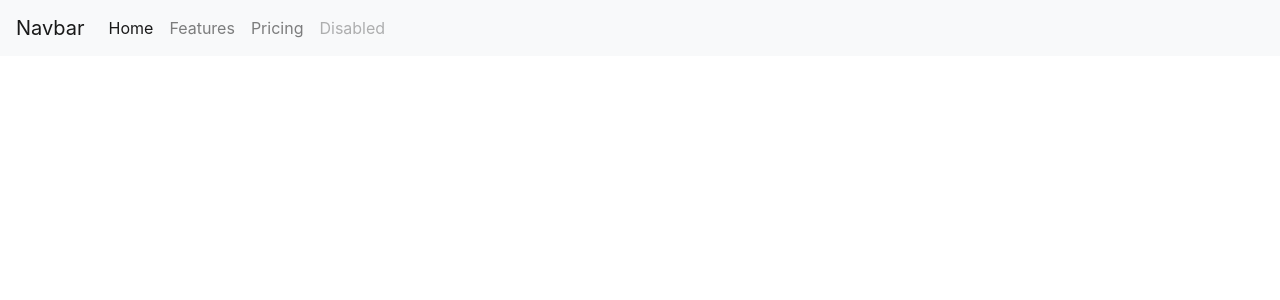
Repository: vipulx44/Prayas-Seva
Page: http://localhost/
An editor plug-in stored every save of this project. The page is shown before and after the next save, followed by the edit.
The browser window is 1280 px wide. The pictures show the whole page.
Some web libraries are served in a nearby version. The page is run by PHP 8.4 with error messages shown; the project is at /var/www/html/.

Above is the page before, as saved 2017-09-23 14:21:42.

### Prayasfirst/index.php
<!DOCTYPE HTML>
<html>
	<head>
		<title>Prayas Seva Sanstha</title>
		<meta charset="utf-8">
    	<meta name="viewport" content="width=device-width, initial-scale=1, shrink-to-fit=no">

    	<!-- FONT AWESOME-->
    	<script src="https://use.fontawesome.com/3ce65aca62.js"></script>

    	<!-- BOOTSTRAP -->
    	<link rel="stylesheet" href="https://maxcdn.bootstrapcdn.com/bootstrap/4.0.0-beta/css/bootstrap.min.css" integrity="sha384-/Y6pD6FV/Vv2HJnA6t+vslU6fwYXjCFtcEpHbNJ0lyAFsXTsjBbfaDjzALeQsN6M" crossorigin="anonymous">

  		<!-- Plugins -->
  		<script src="https://code.jquery.com/jquery-3.2.1.slim.min.js" integrity="sha384-KJ3o2DKtIkvYIK3UENzmM7KCkRr/rE9/Qpg6aAZGJwFDMVNA/GpGFF93hXpG5KkN" crossorigin="anonymous"></script>
		<script src="https://cdnjs.cloudflare.com/ajax/libs/popper.js/1.11.0/umd/popper.min.js" integrity="sha384-b/U6ypiBEHpOf/4+1nzFpr53nxSS+GLCkfwBdFNTxtclqqenISfwAzpKaMNFNmj4" crossorigin="anonymous"></script>
		<script src="https://maxcdn.bootstrapcdn.com/bootstrap/4.0.0-beta/js/bootstrap.min.js" integrity="sha384-h0AbiXch4ZDo7tp9hKZ4TsHbi047NrKGLO3SEJAg45jXxnGIfYzk4Si90RDIqNm1" crossorigin="anonymous"></script>


  	</head>

	<body>


			<nav class="navbar navbar-expand-lg navbar-light bg-light">
			  <a class="navbar-brand" href="#">Navbar</a>
			  <button class="navbar-toggler" type="button" data-toggle="collapse" data-target="#navbarNav" aria-controls="navbarNav" aria-expanded="false" aria-label="Toggle navigation">
			    <span class="navbar-toggler-icon"></span>
			  </button>
			  <div class="collapse navbar-collapse" id="navbarNav">
			    <ul class="navbar-nav">
			      <li class="nav-item active">
			        <a class="nav-link" href="#">Home <span class="sr-only">(current)</span></a>
			      </li>
			      <li class="nav-item">
			        <a class="nav-link" href="#">Features</a>
			      </li>
			      <li class="nav-item">
			        <a class="nav-link" href="#">Pricing</a>
			      </li>
			      <li class="nav-item">
			        <a class="nav-link disabled" href="#">Disabled</a>
			      </li>
			    </ul>
			  </div>
			</nav> <!-- End Main Navigation -->



	</body>


</html>

After the next save:
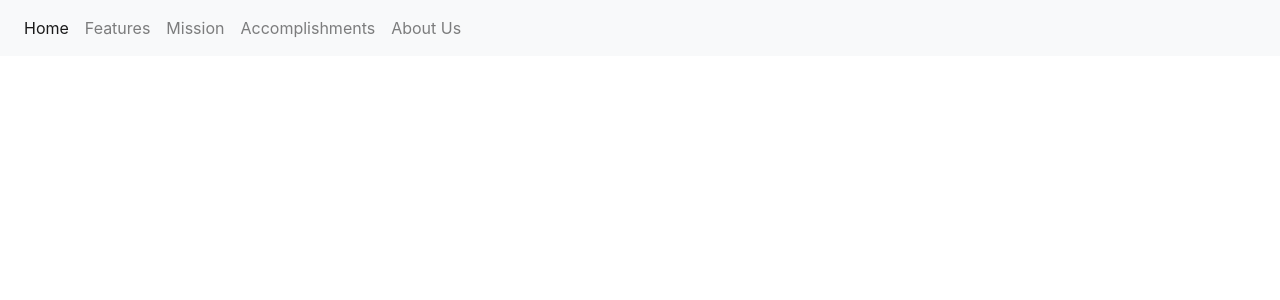
Saved 96 s later.
--- a/Prayasfirst/index.php
+++ b/Prayasfirst/index.php
@@ -23,10 +23,6 @@
 
 
 			<nav class="navbar navbar-expand-lg navbar-light bg-light">
-			  <a class="navbar-brand" href="#">Navbar</a>
-			  <button class="navbar-toggler" type="button" data-toggle="collapse" data-target="#navbarNav" aria-controls="navbarNav" aria-expanded="false" aria-label="Toggle navigation">
-			    <span class="navbar-toggler-icon"></span>
-			  </button>
 			  <div class="collapse navbar-collapse" id="navbarNav">
 			    <ul class="navbar-nav">
 			      <li class="nav-item active">
@@ -36,10 +32,13 @@
 			        <a class="nav-link" href="#">Features</a>
 			      </li>
 			      <li class="nav-item">
-			        <a class="nav-link" href="#">Pricing</a>
+			        <a class="nav-link" href="#">Mission</a>
 			      </li>
 			      <li class="nav-item">
-			        <a class="nav-link disabled" href="#">Disabled</a>
+			        <a class="nav-link" href="#">Accomplishments</a>
+			      </li>
+			      <li class="nav-item">
+			        <a class="nav-link" href="#">About Us</a>
 			      </li>
 			    </ul>
 			  </div>
